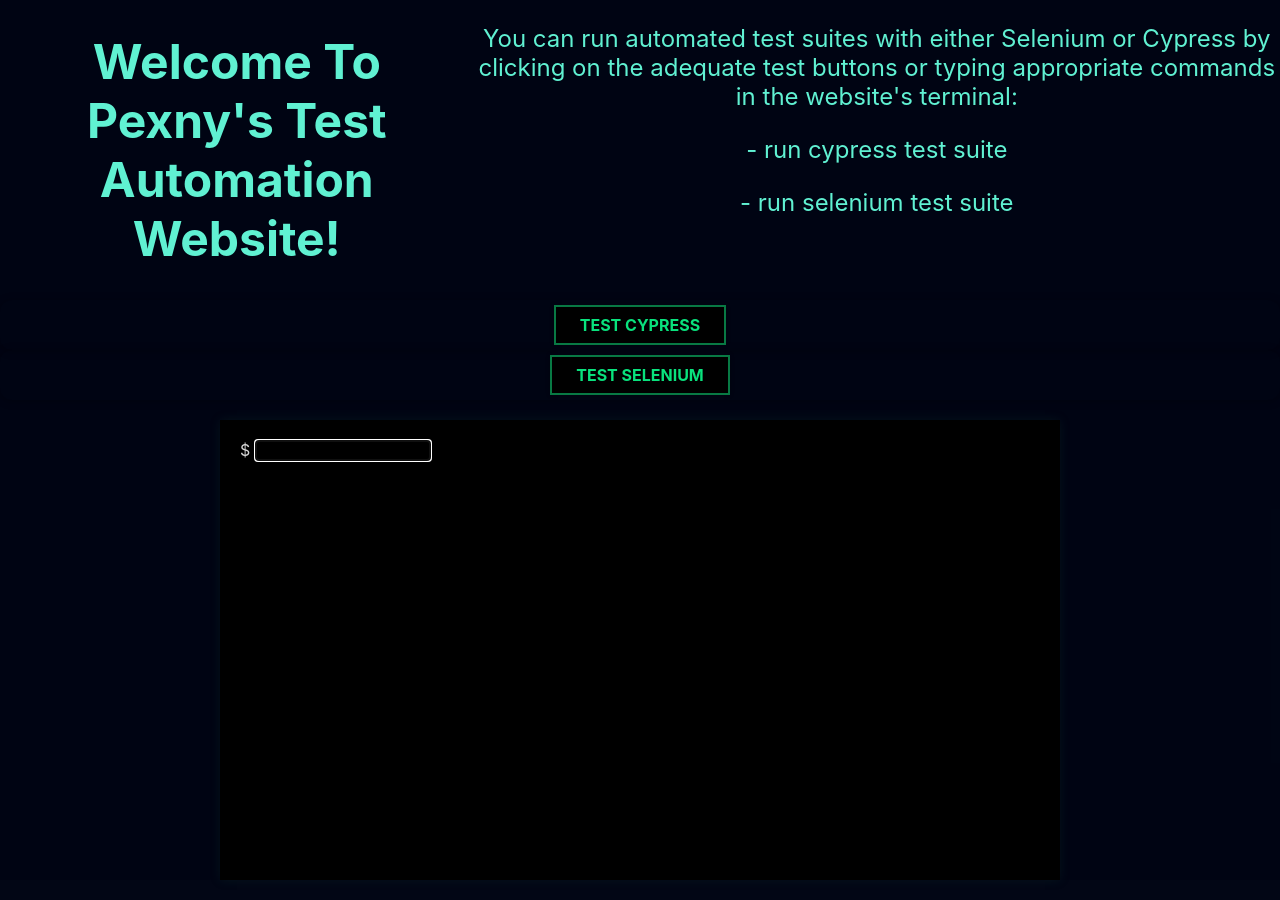
Repository: p3xny/Test-Automation-Website
Page: / (app in client/)
An editor plug-in stored every save of this project. The page is shown before and after the next save, followed by the edit.
The browser window is 1280 px wide. The pictures show the whole page.
The project was rebuilt for these pictures with package versions that can differ from the ones it lists, and the page was loaded fresh each time. Also part of the build but not shown: client/src/components/UI/TestMenu.js.

Above is the page before, as saved 2023-08-23 23:13:07.

### client/src/index.css
body {
  margin: 0;
  font-family: -apple-system, BlinkMacSystemFont, "Segoe UI", "Roboto", "Oxygen",
    "Ubuntu", "Cantarell", "Fira Sans", "Droid Sans", "Helvetica Neue",
    sans-serif;
  -webkit-font-smoothing: antialiased;
  -moz-osx-font-smoothing: grayscale;
  background-color: rgba(0, 5, 20, 0.993);
}

code {
  font-family: source-code-pro, Menlo, Monaco, Consolas, "Courier New",
    monospace;
}

### client/src/App.js
import React from "react";

import "./App.css";

import WelcomeMessage from "./components/UI/WelcomeMessage";
import Tests from "./components/Tests";
import Terminal from "./components/Terminal/Terminal";

function App() {
  return (
    <div className="App">
      <header className="App-header">
        <WelcomeMessage />
      </header>
      <Tests testTool="cypress" buttonId="cypress-menu" />
      <Tests testTool="selenium" buttonId="selenium-menu" />
      <Terminal />
    </div>
  );
}

export default App;

### client/src/App.css
.App {
  text-align: center;
  background: rgba(0, 5, 20, 0.993);
}

.App-logo {
  height: 40vmin;
  pointer-events: none;
}

@media (prefers-reduced-motion: no-preference) {
  .App-logo {
    animation: App-logo-spin infinite 20s linear;
  }
}

.App-header {
  /* background-color: rgba(0, 5, 20, 0.993); */
  /* min-height: 100vh; */
  /* display: flex; */
  /* flex-direction: column; */
  /* align-items: center; */
  /* justify-content: center; */
  font-size: calc(10px + 2vmin);
  color: white;
}

.App-link {
  color: #61dafb;
}

@keyframes App-logo-spin {
  from {
    transform: rotate(0deg);
  }
  to {
    transform: rotate(360deg);
  }
}

### client/src/components/UI/WelcomeMessage.js
import React from "react";

import styles from "./WelcomeMessage.module.css";

const WelcomeMessage = (props) => {
  return (
    <div className={styles.WelcomeMessage}>
      <h1>Welcome To Pexny's Test Automation Website!</h1>
      <p>
        You can run automated test suites with either Selenium or Cypress by
        clicking on the adequate test buttons or typing appropriate commands in
        the website's terminal:
        <p>- run cypress test suite</p>
        <p>- run selenium test suite</p>
      </p>
    </div>
  );
};

export default WelcomeMessage;

// const describeOriginal = require("mocha").describe;

// require("mocha").describe = (describeTitle) => {
//   TestListener.watch(describeTitle);
//   describeOriginal(describeTitle);
// };

### client/src/components/Tests.js
import React, { useState, useEffect } from "react";

import styles from "./UI/Button.module.css";

import TestMenu from "./UI/TestMenu";
import Button from "./UI/Button";
import Card from "./UI/Card";

const testCases = [
  {
    cypress: [
      { id: 1, name: "Cypress Full Test", command: "" },
      { id: 2, name: "Cypress Buttons Test", command: "" },
      { id: 3, name: "Cypress Terminal Test", command: "" },
    ],
    selenium: [
      { id: 1, name: "Selenium Full Test", command: "pytest -v" },
      {
        id: 2,
        name: "Selenium Buttons Test",
        command: "pytest -v test_client_buttons.py",
      },
      {
        id: 3,
        name: "Selenium Terminal Test",
        command: "pytest -v test_client_terminal.py",
      },
    ],
  },
];

const Tests = (props) => {
  const [isActive, setIsActive] = useState(false);

  const makeActiveHandler = (event) => {
    setIsActive(true);
    console.log("Activated!");
  };

  const makeInactiveHandler = (event) => {
    setIsActive(false);
  };

  const filterButtons = testCases.find((test) =>
    test.hasOwnProperty(props.testTool)
  );

  return (
    <div>
      {!isActive && (
        <Card>
          <Button
            name={`TEST ${props.testTool.toUpperCase()}`}
            id={`test-button-${props.buttonId}`}
            testFamily={props.testTool}
            onActivate={makeActiveHandler}
          />
        </Card>
      )}
      {isActive && (
        <Card>
          <TestMenu tests={filterButtons[props.testTool]} testTool="cypress" />
          <button
            className={styles.button}
            id={"back-button"}
            onClick={makeInactiveHandler}
          >
            BACK
          </button>
        </Card>
      )}
    </div>
  );
};

export default Tests;

### client/src/components/Terminal/Terminal.js
import React, { useState } from "react";

import styles from "./Terminal.module.css";

import Card from "../UI/Card";

const Terminal = (props) => {
  const [terminalInput, setTerminalInput] = useState("");
  const [terminalOutput, setTerminalOutput] = useState([]);

  const terminalInputHandler = (event) => {
    setTerminalInput(event.target.value);
    console.log(event.target.value);
  };

  const submitHandler = (event) => {
    event.preventDefault();
    writeToTerminal(`$ ${terminalInput}\n`);
    processCommand(terminalInput);
    setTerminalInput("");
  };

  const writeToTerminal = (message) => {
    setTerminalOutput((prevOutput) => [...prevOutput, message]);
  };

  const processCommand = async (command) => {
    try {
      const response = await fetch("http://localhost:5000/run_tests", {
        method: "POST",
        headers: {
          "Content-Type": "application/json",
        },
        body: JSON.stringify({ command }),
      });

      if (command === "clear" || command === "cls") {
        setTerminalOutput([]);
        return;
      }

      const data = await response.json();

      if (data.success) {
        writeToTerminal(data.output);
      } else {
        writeToTerminal(`Error: ${data.error}\n`);
      }
    } catch (error) {
      writeToTerminal(`Error: ${error}\n`);
    }
  };

  const highlightWords = (message) => {
    const greenWords = [
      "success",
      "Success",
      "SUCCESS",
      "passed",
      "Passed",
      "PASSED",
    ];
    const redWords = [
      // "error",
      // "Error",
      // "ERROR",
      "failed",
      "Failed",
      "FAILED",
      "FAILURES",
    ];
    const parts = message.split(
      new RegExp(`(${greenWords.concat(redWords).join("|")})`, "g")
    );

    return parts.map((part, index) => {
      if (greenWords.includes(part.toLowerCase())) {
        return (
          <span className={styles["highlighted-green"]} key={index}>
            {part}
          </span>
        );
      } else if (redWords.includes(part.toLowerCase())) {
        return (
          <span className={styles["highlighted-red"]} key={index}>
            {part}
          </span>
        );
      }
      return part;
    });
  };

  return (
    <div className={styles.terminal}>
      <div id="output">
        {terminalOutput.map((message, index) => (
          <pre key={index} className={styles.outputContent}>
            {highlightWords(message)}
          </pre>
        ))}
      </div>
      <form id="input-form" onSubmit={submitHandler}>
        <span>$</span>
        <input
          className={styles.input}
          type="text"
          id="command-input"
          value={terminalInput}
          onChange={terminalInputHandler}
          autoFocus
        />
      </form>
    </div>
  );
};

export default Terminal;

### client/src/components/UI/WelcomeMessage.module.css
.WelcomeMessage {
  color: rgb(96, 241, 210);
  font-size: 1.5rem;
  /* font-weight: bold; */
  text-align: center;
  margin: auto;
  display: flex;
}

### client/src/components/UI/Button.module.css
.button {
  width: 100%;
  font: inherit;
  font-weight: bold;
  padding: 0.5rem 1.5rem;
  border: 2px solid rgb(8, 121, 68);
  color: rgb(9, 226, 125);
  background: black;
  box-shadow: 0 0 4px rgba(0, 0, 0, 0.26);
  cursor: pointer;
  margin: 5px;
}

.button:focus {
  outline: none;
}

.button:hover,
.button:active {
  background: rgb(8, 121, 68);
  border-color: rgb(9, 226, 125);
  color: black;
  box-shadow: 0 0 8px rgba(0, 0, 0, 0.26);
}

@media (min-width: 768px) {
  .button {
    width: auto;
  }
}

### client/src/components/UI/Button.js
import styles from "./Button.module.css";

const Button = (props) => {
  return (
    <button id={props.id} className={styles.button} onClick={props.onActivate}>
      {props.name}
    </button>
  );
};

export default Button;

### client/src/components/UI/Card.js
import styles from "./Card.module.css";

const Card = (props) => {
  const classes = styles.card + " " + props.className;
  return <div className={classes}>{props.children}</div>;
};

export default Card;

### client/src/components/Terminal/Terminal.module.css
.terminal {
  margin-top: 20px;
  margin-bottom: 20px;
  margin-left: auto;
  margin-right: auto;

  /* border: 1px solid rgb(8, 121, 68); */
  padding: 20px;
  width: 80%;
  max-width: 800px;
  min-height: 420px;
  max-height: 420px;
  background-color: black;
  overflow-y: auto;
  overflow-x: auto;
  box-shadow: 0 0 10px rgba(23, 78, 62, 0.2);
  overflow-wrap: break-word;
}

#output {
  white-space: pre-wrap;
}

.outputContent {
  text-align: left;
  font-family: monospace;
  overflow-wrap: break-word;
  color: rgba(255, 255, 255, 0.842);
}

.highlighted-green {
  font-family: monospace;
  font-weight: bold;
  color: rgb(12, 145, 12);
}

.highlighted-red {
  font-family: monospace;
  font-weight: bold;
  color: rgb(158, 2, 2);
}

.input {
  background-color: transparent;
  /* border: none; */
  color: rgba(255, 255, 255, 0.842);
  font-family: monospace;
  caret-color: rgba(255, 255, 255, 0.842);
  margin: 0 5px;
}

form {
  display: flex;
  align-items: left;
}

span {
  color: rgba(255, 255, 255, 0.842);
  font-size: 1rem;
}

Loaded but not shown: client/public/index.html (common file); client/src/index.js (common file); client/src/reportWebVitals.js (common file); client/src/components/UI/Card.module.css (common file)

After the next save:
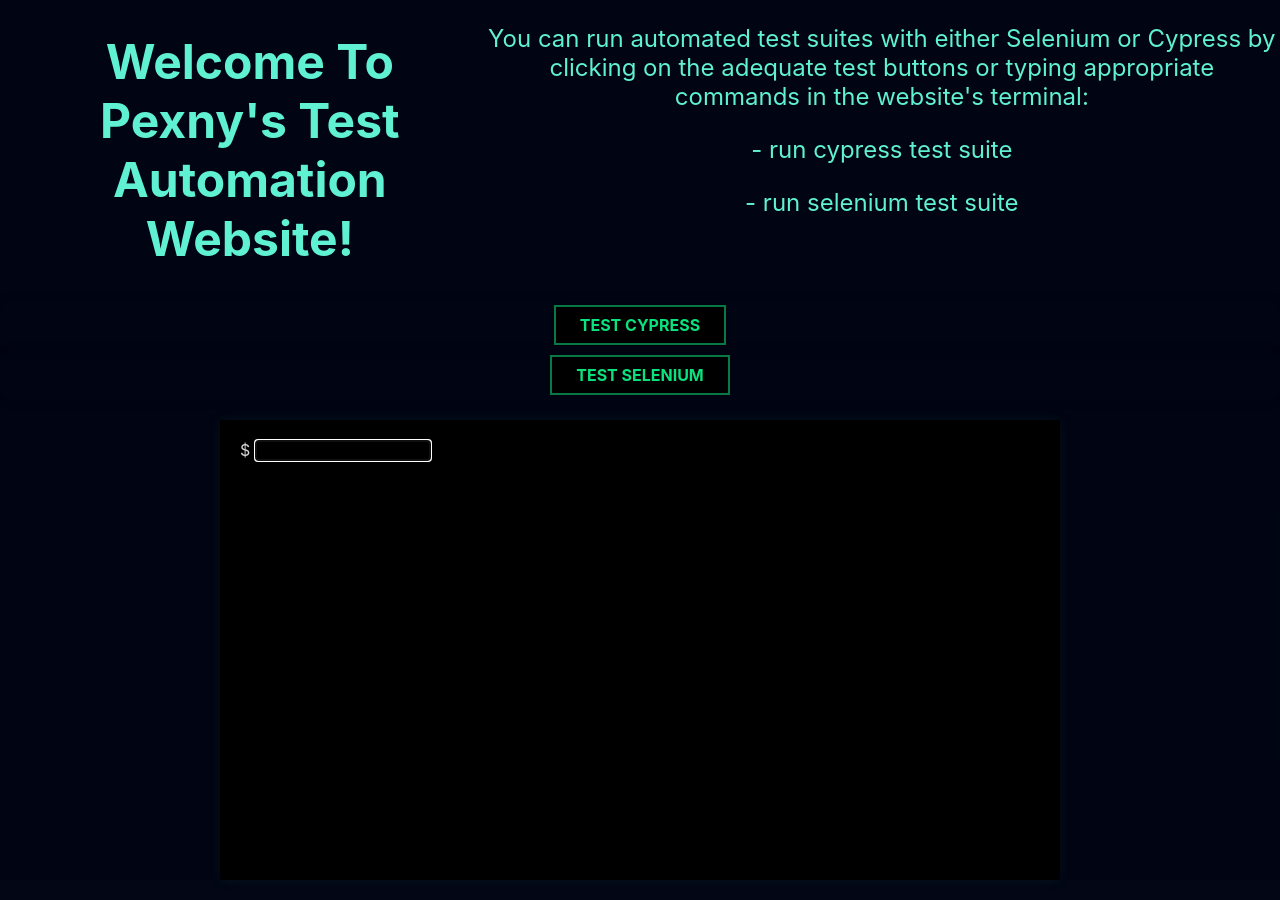
Saved 13 s later.
--- a/client/src/components/UI/WelcomeMessage.module.css
+++ b/client/src/components/UI/WelcomeMessage.module.css
@@ -3,6 +3,6 @@
   font-size: 1.5rem;
   /* font-weight: bold; */
   text-align: center;
-  margin: auto;
+  margin-left: 1rem;
   display: flex;
 }
